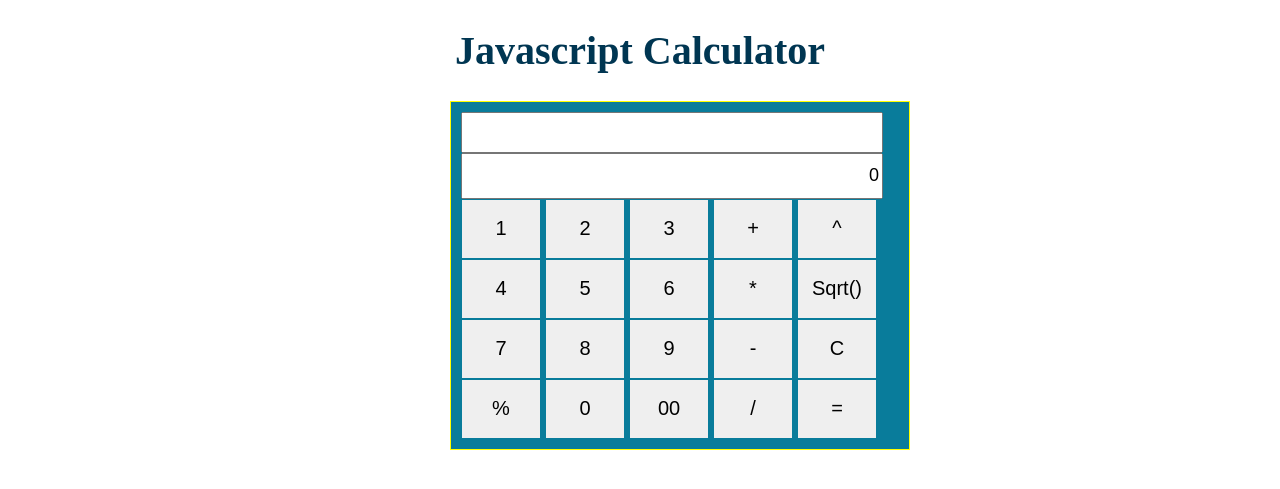
Repository: tyler4web/react_chuong1_buiQuocTrieu
Page: React_Calculator/index.html
An editor plug-in stored every save of this project. The page is shown before and after the next save, followed by the edit.
The browser window is 1280 px wide. The pictures show the whole page.

Above is the page before, as saved 2021-02-03 08:27:29.
Console error: SyntaxError: Unexpected token ';'

### React_Calculator/index.html
<!DOCTYPE html>
<html lang="en">
<head>
    <meta charset="UTF-8">
    <meta name="viewport" content="width=device-width, initial-scale=1.0">
    <title>Document</title>
</head>
<body>

</body>
</html>
<html>
<head>
<title>Javascript Calculator</title>
<link href="site.css" rel="stylesheet"></link>
<script src="main.js" type="text/Javascript"></script>
</head>
<body>
<h1>
Javascript Calculator</h1>
<div class="calbody">
<form name="lcdform">
<input id="lcdu" name="lcdsu" type="text" value="" />


<input id="lcd" name="lcds" type="text" value="0" />
</form>
<div id="calbutton">
<button id="num1" onclick="numone();">1</button>
<button id="num2" onclick="numtwo();">2</button>
<button id="num3" onclick="numthree();">3</button>
<button id="operationplus" onclick="operationplus();">+</button>
<button id="operationraistop" onclick="operationraistop();">^</button>


<button id="num4" onclick="numfour();">4</button>
<button id="num5" onclick="numfive();">5</button>
<button id="num6" onclick="numsix();">6</button>
<button id="operationmult" onclick="operationmult();">*</button>
<button id="operationsqrt" onclick="sqrots();">Sqrt()</button>


<button id="num7" onclick="numseven();">7</button>
<button id="num8" onclick="numeight();">8</button>
<button id="num9" onclick="numnine();">9</button>
<button id="operationminus" onclick="operationminus();">-</button>
<button id="clr" onclick="clr();">C</button>


<button id="operationperc" onclick="operationperc();">%</button>
<button id="num0" onclick="numzero();">0</button>
<button id="num00" onclick="numdobuzero();">00</button>
<button id="operationdivid" onclick="operationdivid();">/</button>
<button id="sumbit" onclick="equalsto();">=</button>
</div>
</div>
</body>
</html>

### React_Calculator/site.css
body {
  background-color: #fff;
  margin: 0px auto;
}
.calbody {
  background: #097c9b;
  border: 1px solid #ff0;
  padding: 10px;
  margin-left: 450px;
  min-width: 27.4em;
  max-width: 27.4em;
}
h1 {
  text-align: center;
  font-size: 40px;
  color: #003652;
}

#lcd {
  text-align: right;
  width: 23em;
  height: 40px;
  font-size: 18px;
}

#lcdu {
  color: grey;
  text-align: right;
  width: 27.6em;
  height: 35px;
  font-size: 15px;
}

button {
  width: 80px;
  height: 60px;
  font-size: 20px;
  border: 1px solid #097c9b;
}

button:hover {
  background-color: #509ca9;
}

### React_Calculator/main.js

var firstnumber;
var secondnumber;
var result;
var operations;

function numone(){
 if (document.lcdform.lcds.value == "0" || document.lcdform.lcds.value == result){

  document.lcdform.lcds.value = "1";

 }
 else //if(document.lcdform.lcds.value != "0")
 {
  document.lcdform.lcds.value = document.lcdform.lcds.value + "1";
 }

}
function numtwo(){

 if (document.lcdform.lcds.value == "0" || document.lcdform.lcds.value == result){

  document.lcdform.lcds.value = "2";

 }
 else //if(document.lcdform.lcds.value != "0")
 {
  document.lcdform.lcds.value = document.lcdform.lcds.value + "2";
 }

}
function numthree(){

  if (document.lcdform.lcds.value == "0" || document.lcdform.lcds.value == result){

  document.lcdform.lcds.value = "3";

 }
 else //if(document.lcdform.lcds.value != "0")
 {
  document.lcdform.lcds.value = document.lcdform.lcds.value + "3";
 }

}
function numfour(){

 if (document.lcdform.lcds.value == "0" || document.lcdform.lcds.value == result){

  document.lcdform.lcds.value = "4";

 }
 else //if(document.lcdform.lcds.value != "0")
 {
  document.lcdform.lcds.value = document.lcdform.lcds.value + "4";
 }

}
function numfive(){

 if (document.lcdform.lcds.value == "0" || document.lcdform.lcds.value == result){

  document.lcdform.lcds.value = "5";

 }
 else //if(document.lcdform.lcds.value != "0")
 {
  document.lcdform.lcds.value = document.lcdform.lcds.value + "5";
 }

}
function numsix(){

 if (document.lcdform.lcds.value == "0" || document.lcdform.lcds.value == result){

  document.lcdform.lcds.value = "6";

 }
 else //if(document.lcdform.lcds.value != "0")
 {
  document.lcdform.lcds.value = document.lcdform.lcds.value + "6";
 }

}
function numseven(){

 if (document.lcdform.lcds.value == "0" || document.lcdform.lcds.value == result){

  document.lcdform.lcds.value = "7";

 }
 else //if(document.lcdform.lcds.value != "0")
 {
  document.lcdform.lcds.value = document.lcdform.lcds.value + "7";
 }
}
function numeight(){

 if (document.lcdform.lcds.value == "0"){

  document.lcdform.lcds.value = "8";

 }
 else if (document.lcdform.lcds.value == result)
 {
  document.lcdform.lcds.value = "8";
 }
 else //if(document.lcdform.lcds.value != "0")
 {
  document.lcdform.lcds.value = document.lcdform.lcds.value + "8";
 }

}
function numnine(){

 if (document.lcdform.lcds.value == "0" || document.lcdform.lcds.value == result){

  document.lcdform.lcds.value = "9";

 }
 else //if(document.lcdform.lcds.value != "0")
 {
  document.lcdform.lcds.value = document.lcdform.lcds.value + "9";
 }

}
function numzero(){

 if (document.lcdform.lcds.value == "0"){

  document.lcdform.lcds.value = "0";

 }
 else if (document.lcdform.lcds.value == result)
 {
  document.lcdform.lcds.value = "0";
 }
 else //if(document.lcdform.lcds.value != "0")
 {
  document.lcdform.lcds.value = document.lcdform.lcds.value + "0";
 }

}
function numdobuzero(){

 if (document.lcdform.lcds.value == "0" || document.lcdform.lcds.value == result){

  return;

 }
 else //if(document.lcdform.lcds.value != "0")
 {
  document.lcdform.lcds.value = document.lcdform.lcds.value + "00";
 }

}
function clr(){
 document.lcdform.lcds.value = "0";
 document.lcdform.lcdsu.value = "";
 return;
}

function operationplus(){

 operation = "+";
 firstnumber = parseInt(document.lcdform.lcds.value);
 document.lcdform.lcds.value = "0";
 document.lcdform.lcdsu.value = firstnumber + operation;


}
function operationmult(){

 operation = "*";
 firstnumber = parseInt(document.lcdform.lcds.value);
 document.lcdform.lcds.value = "0";
 document.lcdform.lcdsu.value = firstnumber + operation;

}
function operationminus(){

 operation = "-";
 firstnumber = parseInt(document.lcdform.lcds.value);
 document.lcdform.lcds.value = "0";
 document.lcdform.lcdsu.value = firstnumber + operation;

}
function operationdivid(){

 operation = "/";
 firstnumber = parseInt(document.lcdform.lcds.value);
 document.lcdform.lcds.value = "0";
 document.lcdform.lcdsu.value = firstnumber + operation;

}
function operationperc(){

 operation = "%";
 firstnumber = parseInt(document.lcdform.lcds.value);
 document.lcdform.lcds.value = "0";
 document.lcdform.lcdsu.value = firstnumber + operation;

}
function equalsto(){

 secondnumber = parseInt(document.lcdform.lcds.value);

 if (operation == "+")
 {
  result = firstnumber + secondnumber;
 }
 else if (operation == "*"){

  result = firstnumber * secondnumber;

 }
 else if (operation == "-"){

  result = firstnumber - secondnumber;

 }
    else if (operation == "/"){

  result = firstnumber / secondnumber;

 }
 else if (operation == "%"){

  if (document.lcdform.lcds.value == "0"){

  result = firstnumber / 100;
  document.lcdform.lcdsu.value = firstnumber + operation + "100";
  }
  else if (document.lcdform.lcds.value != "0")  {
   result = firstnumber / secondnumber * 100;
   document.lcdform.lcdsu.value = firstnumber + operation + secondnumber + "*100 = " + result;
  }
 }
 else if (operation == "^"){

  for (var i = 0; i &lt; secondnumber; i++){

   result = firstnumber * i;
  }


 }
 document.lcdform.lcds.value ="";
 document.lcdform.lcds.value = result.toString();
 document.lcdform.lcdsu.value = firstnumber + operation + secondnumber + " = " + result.toString();
 return;

}

function sqrots(){
 firstnumber = document.lcdform.lcds.value;
 result = Math.sqrt(parseInt(document.lcdform.lcds.value));
 document.lcdform.lcds.value = result;
 document.lcdform.lcdsu.value = "sqrt(" + firstnumber + ") = " + result;

}

function operationraistop(){

 operation = "^";
 firstnumber = parseInt(document.lcdform.lcds.value);
 document.lcdform.lcds.value = "0";

}

After the next save:
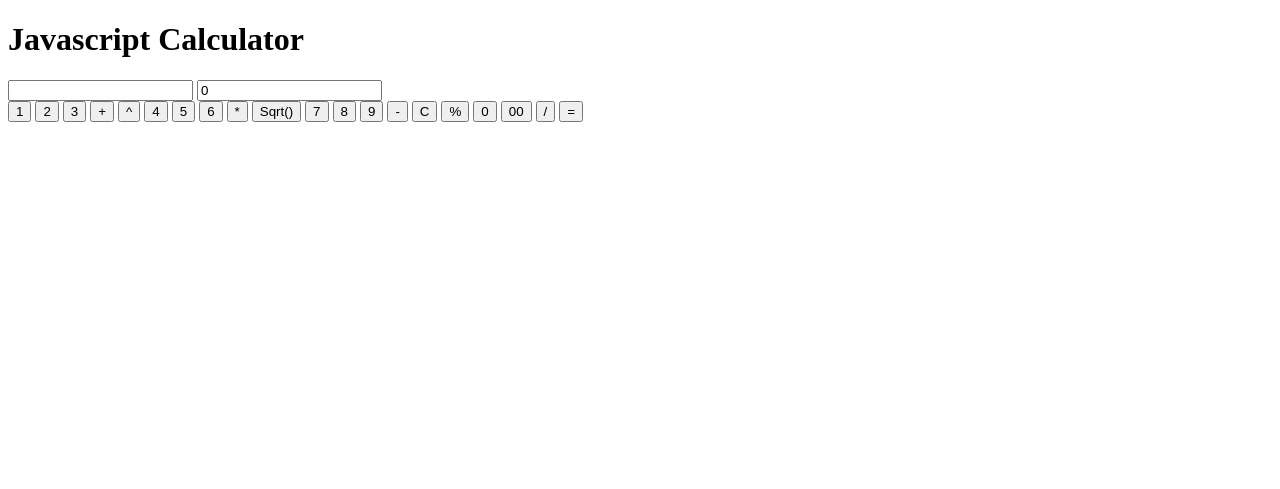
The error is gone.
Saved 9 s later.
--- a/React_Calculator/index.html
+++ b/React_Calculator/index.html
@@ -11,9 +11,7 @@
 </html>
 <html>
 <head>
-<title>Javascript Calculator</title>
-<link href="site.css" rel="stylesheet"></link>
-<script src="main.js" type="text/Javascript"></script>
+
 </head>
 <body>
 <h1>
